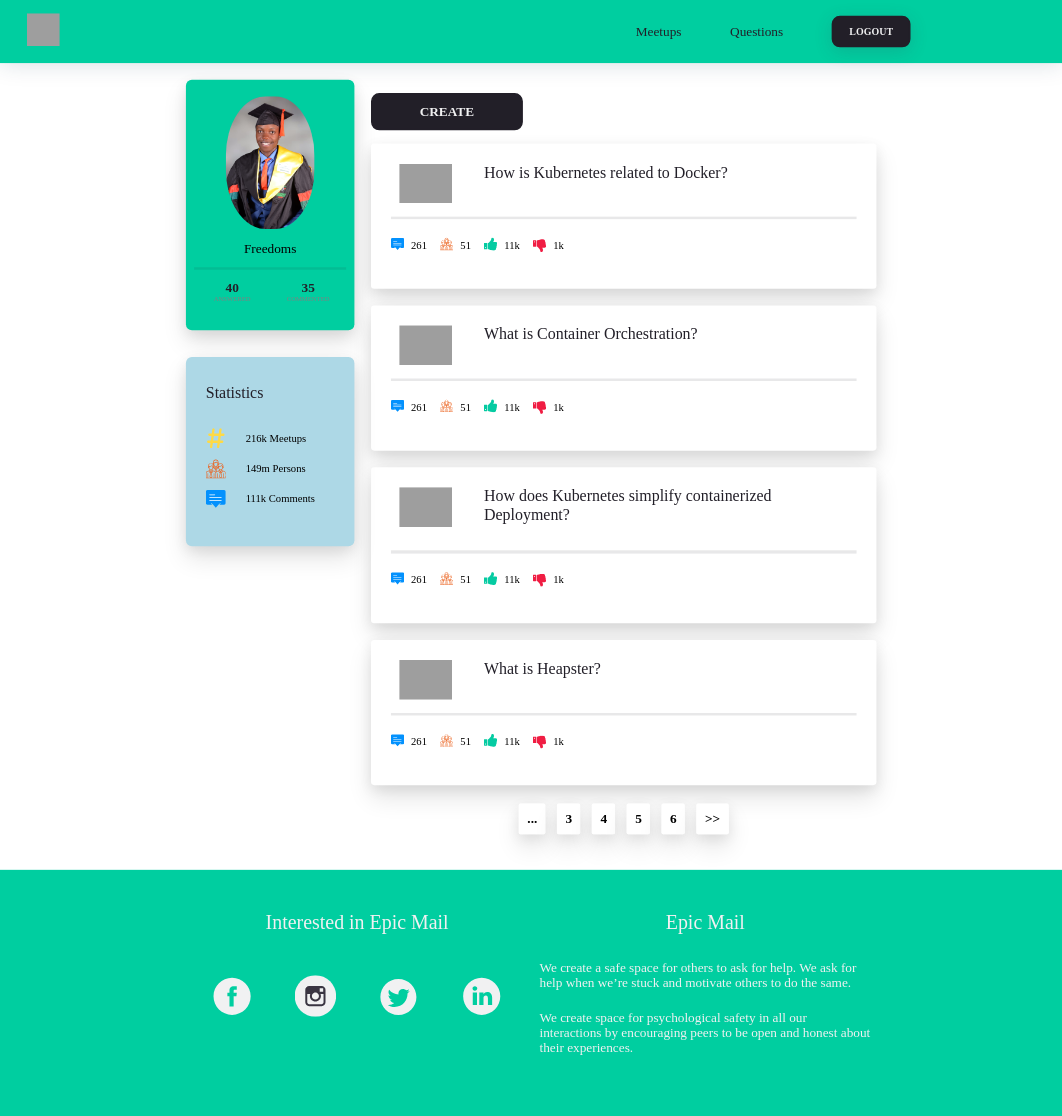
Repository: Gfreedoms/Epic-Mail
Page: pages/admin/profile.html
An editor plug-in stored every save of this project. The page is shown before and after the next save, followed by the edit.
The browser window is 1280 px wide. The pictures show the whole page, at 83% of full size.
Pictures or frames that could not be fetched are drawn as grey boxes. Some web fonts or font styles are not loaded; a fallback is used.

Above is the page before, as saved 2019-02-27 08:26:02.

After the next save:
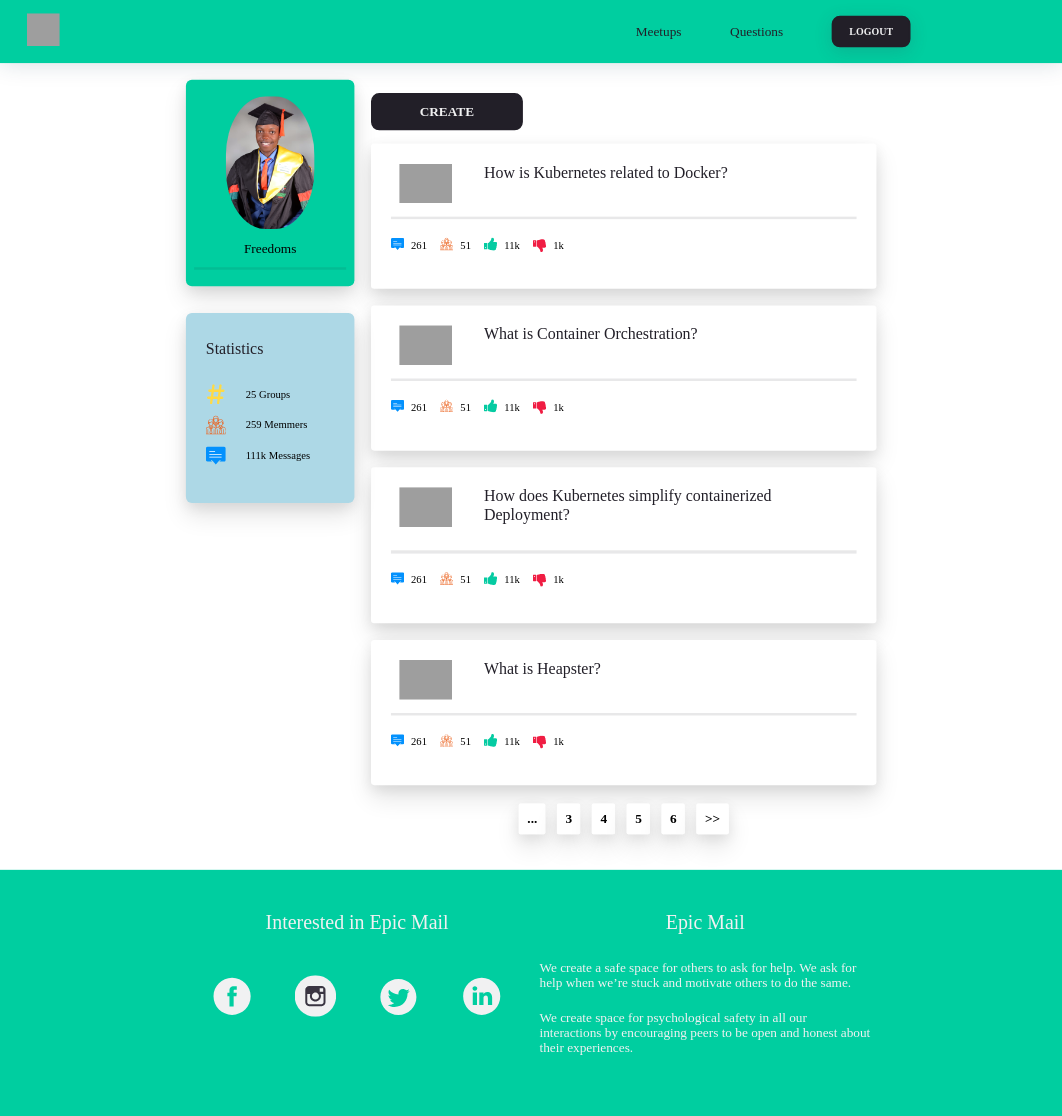
Saved 93 s later.
--- a/pages/admin/profile.html
+++ b/pages/admin/profile.html
@@ -53,28 +53,9 @@
 					<img class="img mauto" src="../../assets/imgs/freedom.jpg" alt="">
 					<div class="bio">
 						<h3 class="username sm-text">Freedoms</h3>
-						<div class="hide-lg stats m1">
-							<span>
-								<h3 class="sm-text">40</h3>
-								Answers
-							</span>
-							<span>
-								<h3 class="sm-text">35</h3>
-								Comments
-							</span>
-						</div>
 					</div>
 					<div class="divider"></div>
-					<div class="hide-sm stats m1">
-						<span>
-							<h3 class="sm-text">40</h3>
-							Answered
-						</span>
-						<span>
-							<h3 class="sm-text">35</h3>
-							Commented
-						</span>
-					</div>
+
 				</div>
 				<div class="side">
 					<div class="content card">
@@ -82,15 +63,15 @@
 						<ul class="list-items">
 							<li>
 								<img src="../../assets/imgs/icons/hastag.svg" alt="">
-								<span>216k Meetups</span>
+								<span>25 Groups</span>
 							</li>
 							<li>
 								<img src="../../assets/imgs/icons/people.svg" alt="">
-								<span>149m Persons</span>
+								<span>259 Memmers</span>
 							</li>
 							<li>
 								<img src="../../assets/imgs/icons/comment.svg" alt="">
-								<span>111k Comments</span>
+								<span>111k Messages</span>
 							</li>
 						</ul>
 					</div>
